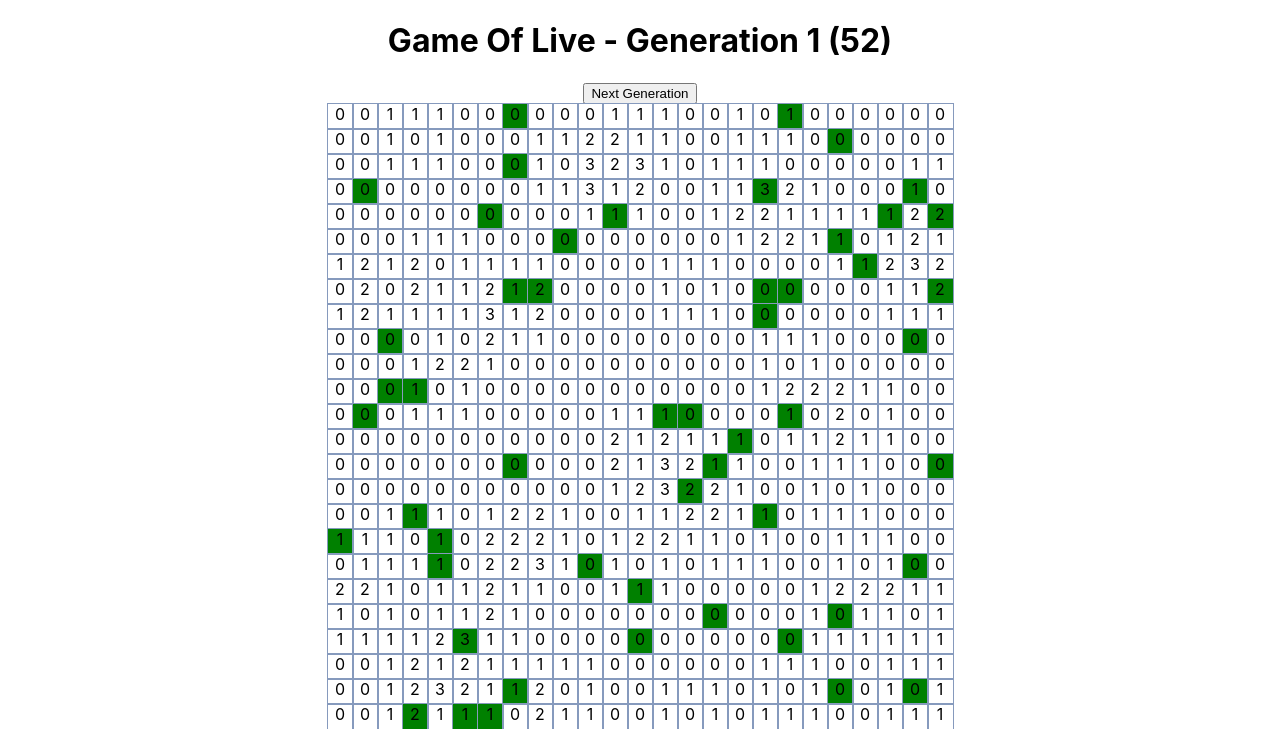
Repository: cfaguilera20/gol
Page: /
An editor plug-in stored every save of this project. The page is shown before and after the next save, followed by the edit.
The browser window is 1280 px wide. The pictures show the whole page.
The project was rebuilt for these pictures with package versions that can differ from the ones it lists, and the page was loaded fresh each time.

Above is the page before, as saved 2021-07-25 13:58:32.

### src/App.js
import './App.css';

import Board from './components/Board.jsx';

function App() {
    return (
        <div className="App">
            <Board />
        </div>
    );
}

export default App;

### src/components/Board.jsx
import React, { useState } from 'react';
import './Board.css';

const WORLD_SIZE = 25;
const WORLD_POPULATION = 90;

const Board = (props) => {
    const [world, setWorld] = useState(
        createWorld(WORLD_SIZE, WORLD_POPULATION)
    );
    const [generation, setGeneration] = useState(1);

    const onNextGeneration = () => {
        setGeneration(generation + 1);
        world.nextGeneration();
        setWorld(world);
    };

    return (
        <>
            <h1>
                Game Of Live - Generation {generation} (
                {world.currentPopulation})
            </h1>
            <button onClick={onNextGeneration}>Next Generation</button>
            <div className="world">
                {world.board.map((row, rowIdx) => (
                    <div key={rowIdx} className="row">
                        {row.map((isAlive, cellIdx) => {
                            const className = isAlive
                                ? 'cell cell-green'
                                : 'cell';
                            const neighborsAlive =
                                world.getNeighborsAliveCounter(rowIdx, cellIdx);
                            return (
                                <div key={cellIdx} className={className}>
                                    {neighborsAlive}
                                </div>
                            );
                        })}
                    </div>
                ))}
            </div>
        </>
    );
};

class World {
    constructor(size, population) {
        this.size = size;
        this.population = population;
        this.currentPopulation = 0;
        this.board = [];
        this.createBoard();
    }

    createBoard() {
        for (let y = 0; y < this.size; y++) {
            this.board[y] = [];
            for (let x = 0; x < this.size; x++) {
                const isAlive =
                    Math.random() > this.population / 100 ? true : false;
                this.board[y][x] = isAlive;
                this.currentPopulation += isAlive ? 1 : 0;
            }
        }

        console.log(this.board);
    }

    getNeighborsAliveCounter(x, y) {

        const neighbors = [];
        const neighborsIdx = [
            [1, 0],
            [-1, 0],
            [0, 1],
            [0, -1],
            [1, 1],
            [1, -1],
            [-1, 1],
            [-1, -1],
        ];
        neighborsIdx.forEach(([dx, dy]) => {
            const [nx, ny] = [x + dx, y + dy];
            if (nx >= 0 && nx < this.size && ny >= 0 && ny < this.size) {
                if (this.board[ny][nx] === true) {
                    neighbors.push(true);
                }
            }
        });

        return neighbors.length;
    }

    nextGeneration() {
        const nextBoard = [];
        for (let y = 0; y < this.size; y++) {
            nextBoard[y] = [];
            for (let x = 0; x < this.size; x++) {
                const isAlive = this.board[y][x];
                const nextIsAlive = this.getNeighborsAliveCounter(x, y) > 2;
                nextBoard[y][x] = nextIsAlive;
                this.currentPopulation += nextIsAlive - isAlive;
            }
        }

        this.board = nextBoard;
        return this;
    }
}

const createWorld = (WORLD_SIZE, WORLD_POPULATION) => {
    const board = new World(WORLD_SIZE, WORLD_POPULATION);
    return board;
};

export default Board;

### src/components/Board.css
.row {
    height: 25px;
}

.cell {
    width: 25px;
    height: 25px;
    outline: 1px solid rgb(134, 154, 189);
    display: inline-block;
}

.cell-green {
    background-color: green;
}

.cell-red {
    background-color: red;
}

.cell-purple {
    background-color: purple;
}

Loaded but not shown: public/index.html (common file); src/index.js (common file); src/index.css (common file); src/reportWebVitals.js (common file); src/App.css (common file)

After the next save:
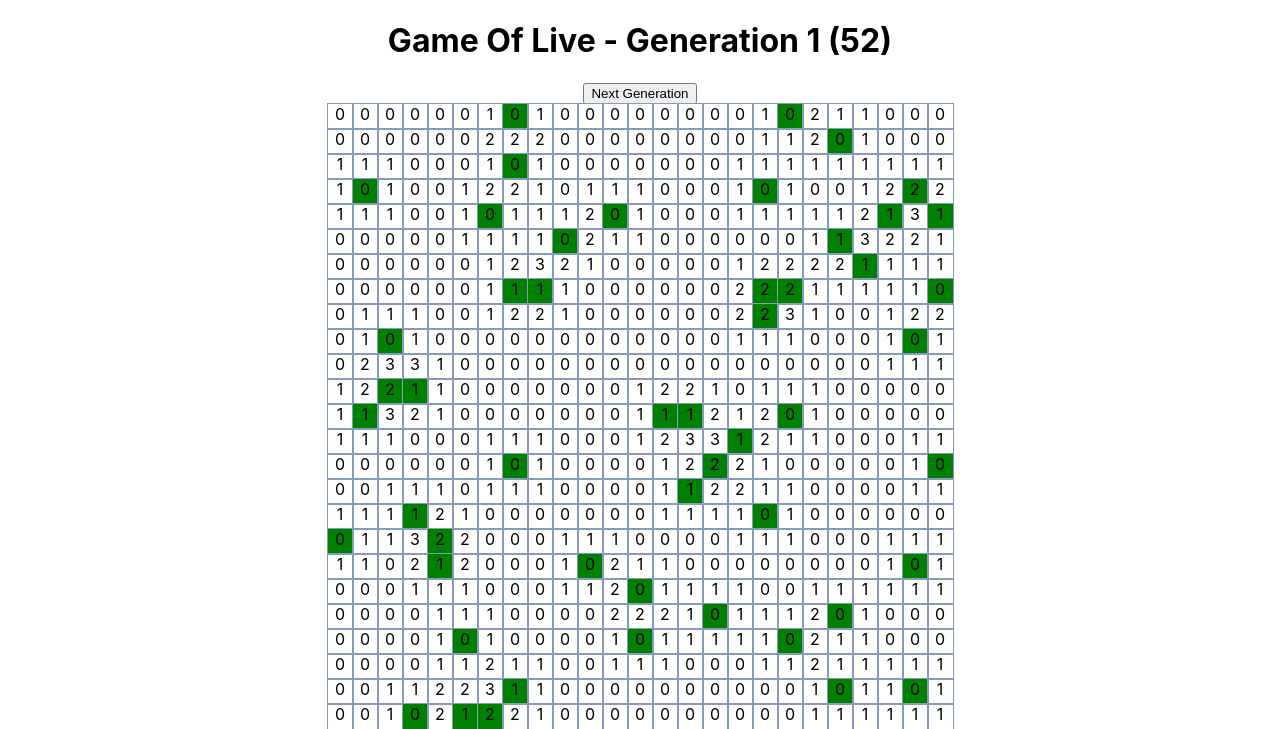
Saved 3 min 3 s later.
--- a/src/components/Board.jsx
+++ b/src/components/Board.jsx
@@ -31,7 +31,7 @@ const Board = (props) => {
                                 ? 'cell cell-green'
                                 : 'cell';
                             const neighborsAlive =
-                                world.getNeighborsAliveCounter(rowIdx, cellIdx);
+                                world.getNeighborsAliveCounter(cellIdx, rowIdx);
                             return (
                                 <div key={cellIdx} className={className}>
                                     {neighborsAlive}
